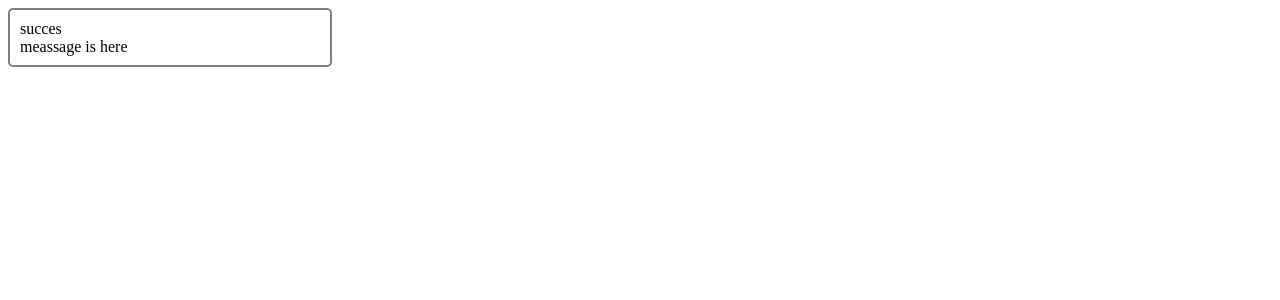
Repository: Fariaddd/javascript-1-module-3
Page: lesson2/6-reusable-html-function/index.html
These files come from the project's save history. The page is drawn as it stood at one moment and after the next save; the edit follows.
The browser window is 1280 px wide. The pictures show the whole page.

Above is the page before, as saved 2022-02-08 13:57:19.

After the next save:
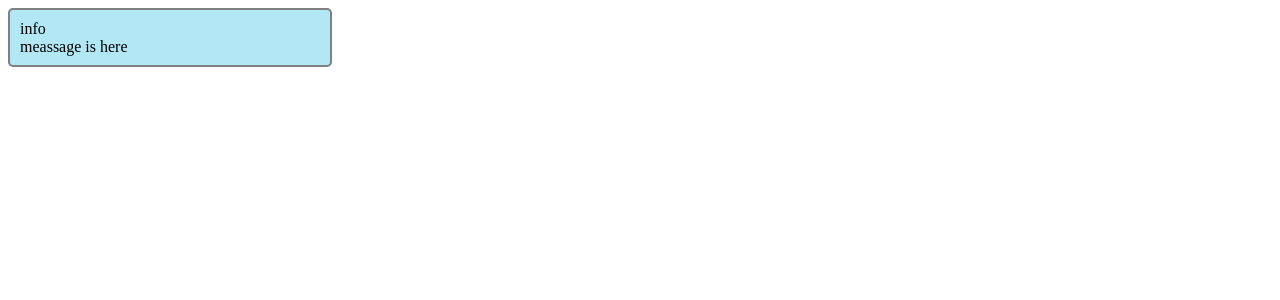
Saved 38 s later.
--- a/lesson2/6-reusable-html-function/index.js
+++ b/lesson2/6-reusable-html-function/index.js
@@ -1,3 +1,3 @@
 const messageContainer = document.querySelector(".message-container");
 
-messageContainer.innerHTML = createToster("succes", "meassage is here")
+messageContainer.innerHTML = createToster("info", "meassage is here")
